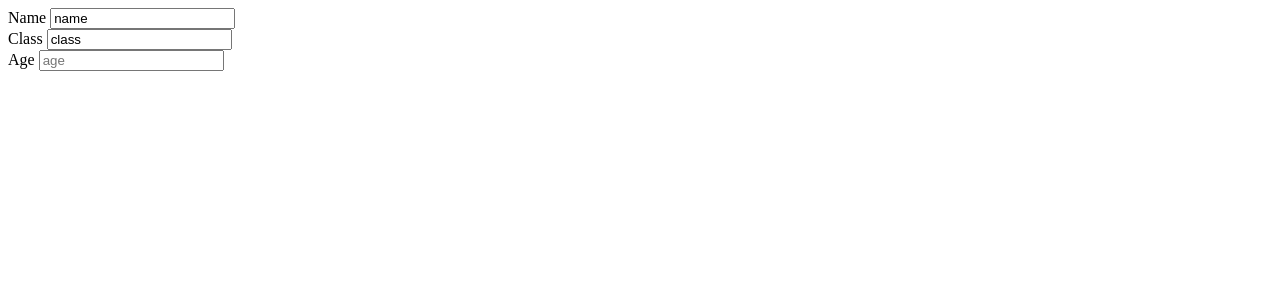
Repository: amit-prajapati8900/project
Page: http://localhost/new
The author's editor kept a copy of each file at every save. The page is drawn from the files as they stood at one save, then again after the next save.
The browser window is 1280 px wide. The pictures show the whole page.
The page is served by the project's Node server (rendernig.js).

Above is the page before, as saved 2026-01-26 11:09:22.

### views/new.ejs
<!DOCTYPE html>
<html lang="en">
<head>
    <meta charset="UTF-8">
    <meta name="viewport" content="width=device-width, initial-scale=1.0">
    <title>Document</title>
</head>
<body>
    <form action="update" method="post">
        <label for="name">Name</label>
        <input type="text" placeholder="name" value="name" id="name">
        <br>
        <label for="class">Class</label>
        <input type="text" placeholder="class" value="class" id="class">
        <br>
        <label for="age">Age</label>
        <input type="number" placeholder="age" value="number" id="number">
    </form>
</body>
</html>

### rendernig.js
const mongoose = require("mongoose");
const express = require("express");
// const Insert = require("./insertData");
// const mongoose = require("mongoose");
const app = express();
const path = require("path");
const Data = require("./data.js");
// const Data = require("./insertData");

app.set("view engine", "ejs");
app.set("views", path.join(__dirname, "views"));
app.use(express.static(path.join(__dirname,"views")));

main().then((res)=>{console.log("database is working")})
.catch((err)=>{console.log(err)});

async function main() {
   await mongoose.connect("mongodb://127.0.0.1:27017/jcc");
}
// Data.insertMany({
//    name:"amit",
//    class:"AXC",
//    age:23
// })
// .then(() => console.log("✅ Data inserted"))
//  .catch(err => console.error(err));
app.get("/home", async (req, res) => {
  console.log("everything is ok");
  const alldata = await Data.find();   // ✅ wait for data
  res.render("show.ejs",{alldata});                   // ✅ send actual documents
});
app.post("/delete/:id", async(req,res)=>{
   let {id} = req.params;
   await Data.findByIdAndDelete(id);
   res.redirect("/home");
});
app.get("/new",((req,res)=>{
   res.render("new.ejs");
}))
app.listen(2000,()=>{
   console.log("express is working");
});

### data.js
const mongoose = require("mongoose");
const dataSchema = new  mongoose.Schema({
    name:{
        type:String,
        required:true,
         },
         class:{
            type:String,
         },
         age:{
            type:Number
         },
})
const Data =  mongoose.model("Data",dataSchema);
module.exports = Data;

After the next save:
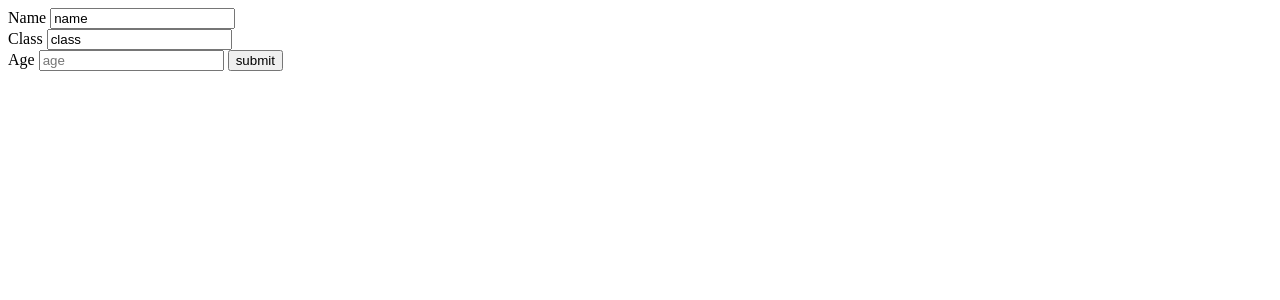
Saved 65 s later.
--- a/views/new.ejs
+++ b/views/new.ejs
@@ -15,6 +15,7 @@
         <br>
         <label for="age">Age</label>
         <input type="number" placeholder="age" value="number" id="number">
+        <button type="submit">submit</button>
     </form>
 </body>
 </html>
